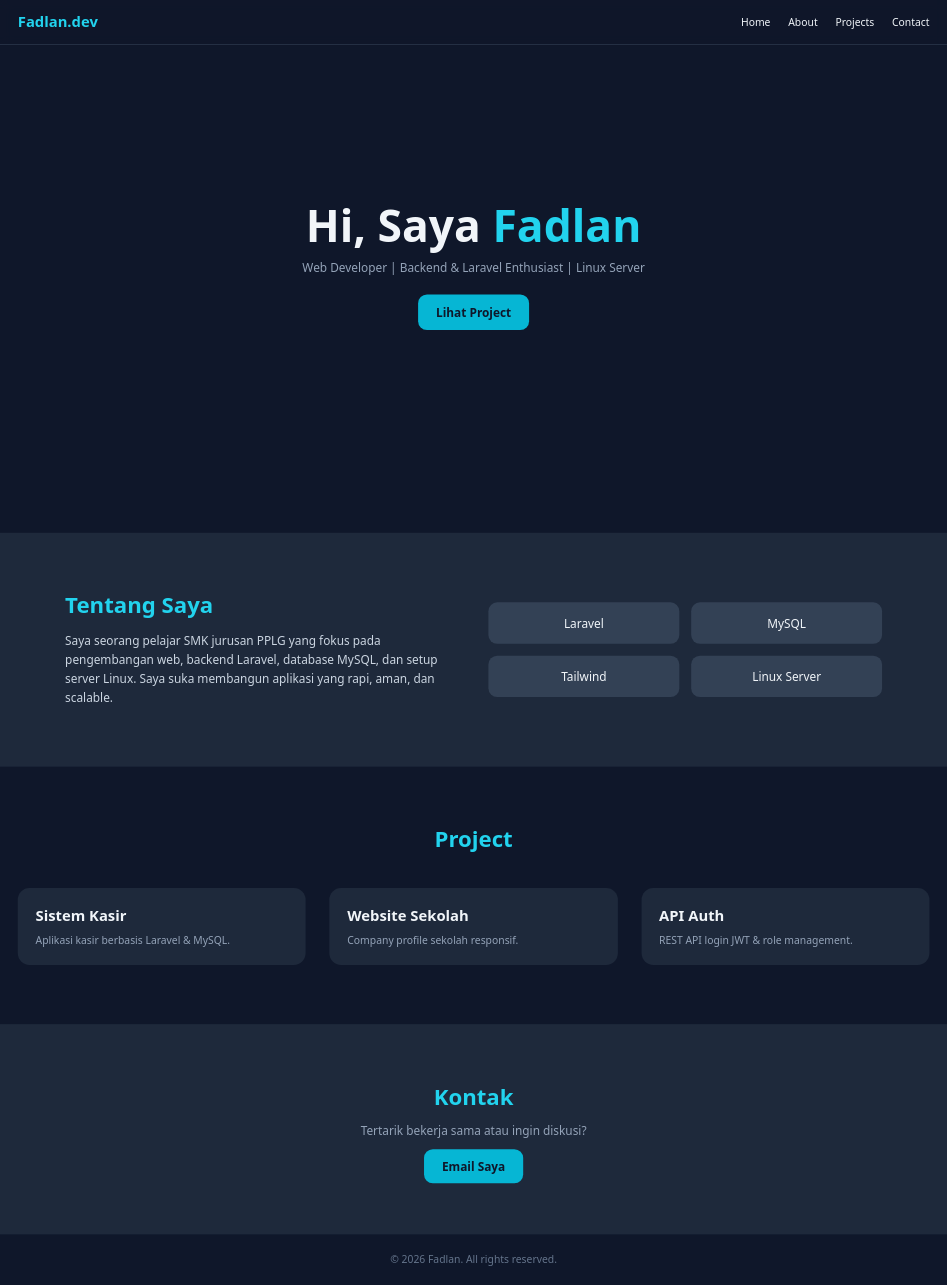
Repository: Fadlan079/Personal-Portfolio
Page: http://localhost/
The author's editor kept a copy of each file at every save. The page is drawn from the files as they stood at one save, then again after the next save.
The browser window is 1280 px wide. The pictures show the whole page, at 74% of full size.
Some web libraries are served in a nearby version. The page is served by the project's Laravel application, run on PHP 8.4 with Laravel 12. Other server files are loaded and not shown.

Above is the page before, as saved 2026-01-14 14:00:52.

### routes/web.php
<?php

use Illuminate\Support\Facades\Route;

// Route::get('/', function () {
//     return view('welcome');
// });

Route::get('/', function () {
    return view('portofolio');
});

### resources/views/portofolio.blade.php
<!DOCTYPE html>
<html lang="id">
<head>
  <meta charset="UTF-8" />
  <meta name="viewport" content="width=device-width, initial-scale=1.0" />
  <title>Portfolio | Fadlan</title>
  <script src="https://cdn.tailwindcss.com"></script>
</head>
<body class="bg-slate-900 text-slate-100">

  <!-- Navbar -->
  <nav class="fixed w-full bg-slate-900/80 backdrop-blur border-b border-slate-700 z-50">
    <div class="max-w-7xl mx-auto px-6 py-4 flex justify-between items-center">
      <h1 class="text-xl font-bold text-cyan-400">Fadlan.dev</h1>
      <ul class="flex gap-6 text-sm">
        <li><a href="#home" class="hover:text-cyan-400">Home</a></li>
        <li><a href="#about" class="hover:text-cyan-400">About</a></li>
        <li><a href="#projects" class="hover:text-cyan-400">Projects</a></li>
        <li><a href="#contact" class="hover:text-cyan-400">Contact</a></li>
      </ul>
    </div>
  </nav>

  <!-- Hero -->
  <section id="home" class="min-h-screen flex items-center justify-center text-center px-6">
    <div>
      <h2 class="text-4xl md:text-6xl font-extrabold mb-4">Hi, Saya <span class="text-cyan-400">Fadlan</span></h2>
      <p class="text-slate-400 max-w-xl mx-auto mb-6">Web Developer | Backend & Laravel Enthusiast | Linux Server</p>
      <a href="#projects" class="inline-block px-6 py-3 bg-cyan-500 text-slate-900 font-semibold rounded-xl hover:bg-cyan-400 transition">Lihat Project</a>
    </div>
  </section>

  <!-- About -->
  <section id="about" class="py-20 bg-slate-800">
    <div class="max-w-6xl mx-auto px-6 grid md:grid-cols-2 gap-10 items-center">
      <div>
        <h3 class="text-3xl font-bold mb-4 text-cyan-400">Tentang Saya</h3>
        <p class="text-slate-300 leading-relaxed">
          Saya seorang pelajar SMK jurusan PPLG yang fokus pada pengembangan web,
          backend Laravel, database MySQL, dan setup server Linux.
          Saya suka membangun aplikasi yang rapi, aman, dan scalable.
        </p>
      </div>
      <div class="grid grid-cols-2 gap-4">
        <div class="p-4 bg-slate-700 rounded-xl text-center">Laravel</div>
        <div class="p-4 bg-slate-700 rounded-xl text-center">MySQL</div>
        <div class="p-4 bg-slate-700 rounded-xl text-center">Tailwind</div>
        <div class="p-4 bg-slate-700 rounded-xl text-center">Linux Server</div>
      </div>
    </div>
  </section>

  <!-- Projects -->
  <section id="projects" class="py-20">
    <div class="max-w-7xl mx-auto px-6">
      <h3 class="text-3xl font-bold text-center mb-12 text-cyan-400">Project</h3>
      <div class="grid md:grid-cols-3 gap-8">
        <div class="bg-slate-800 rounded-2xl p-6 hover:-translate-y-2 transition">
          <h4 class="text-xl font-semibold mb-2">Sistem Kasir</h4>
          <p class="text-slate-400 text-sm">Aplikasi kasir berbasis Laravel & MySQL.</p>
        </div>
        <div class="bg-slate-800 rounded-2xl p-6 hover:-translate-y-2 transition">
          <h4 class="text-xl font-semibold mb-2">Website Sekolah</h4>
          <p class="text-slate-400 text-sm">Company profile sekolah responsif.</p>
        </div>
        <div class="bg-slate-800 rounded-2xl p-6 hover:-translate-y-2 transition">
          <h4 class="text-xl font-semibold mb-2">API Auth</h4>
          <p class="text-slate-400 text-sm">REST API login JWT & role management.</p>
        </div>
      </div>
    </div>
  </section>

  <!-- Contact -->
  <section id="contact" class="py-20 bg-slate-800">
    <div class="max-w-xl mx-auto px-6 text-center">
      <h3 class="text-3xl font-bold mb-4 text-cyan-400">Kontak</h3>
      <p class="text-slate-400 mb-6">Tertarik bekerja sama atau ingin diskusi?</p>
      <a href="mailto:emailkamu@gmail.com" class="px-6 py-3 bg-cyan-500 text-slate-900 rounded-xl font-semibold hover:bg-cyan-400">Email Saya</a>
    </div>
  </section>

  <footer class="py-6 text-center text-slate-500 text-sm">
    © 2026 Fadlan. All rights reserved.
  </footer>

</body>
</html>

After the next save:
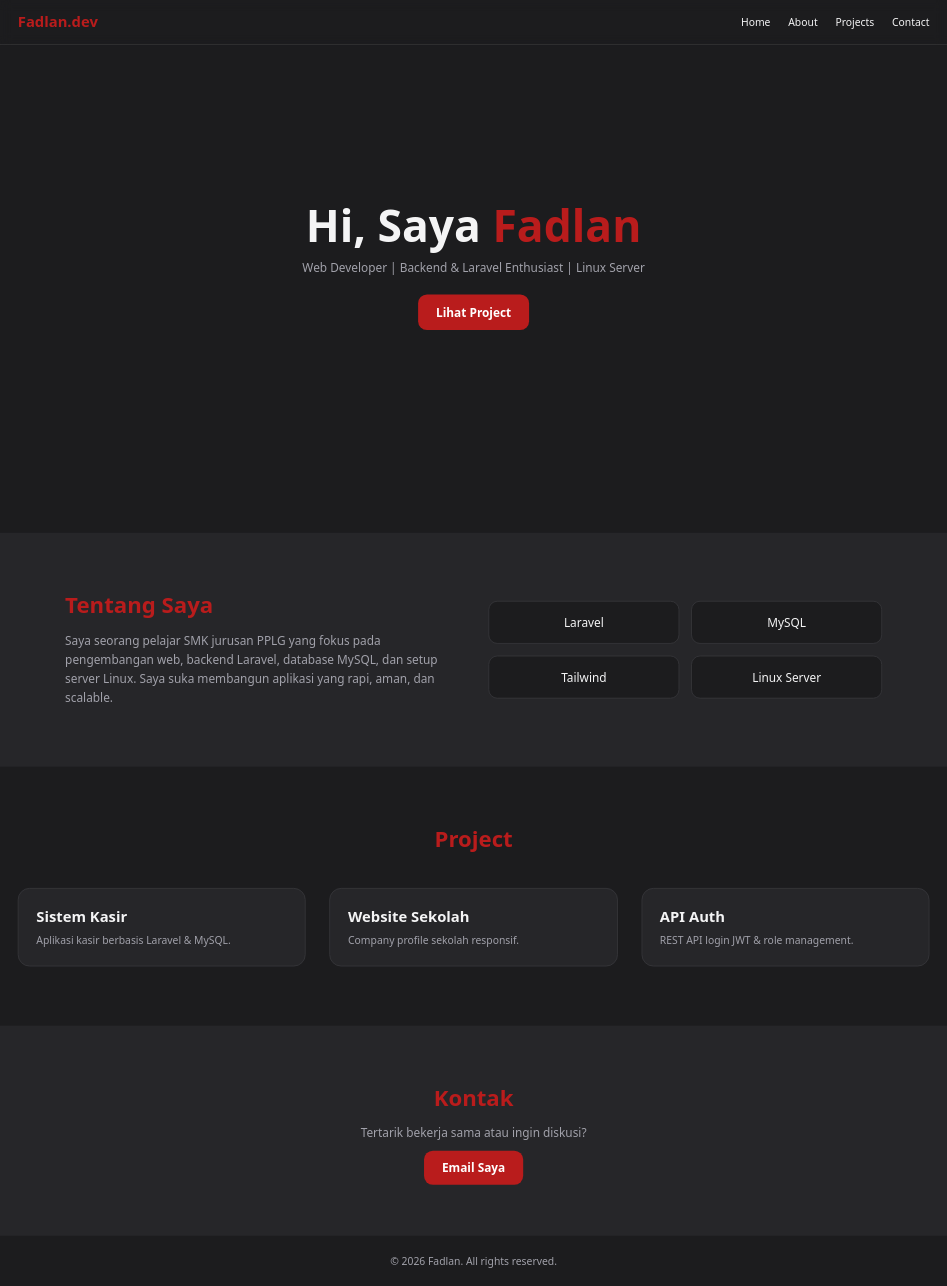
Saved 5 min 15 s later.
--- a/resources/views/portofolio.blade.php
+++ b/resources/views/portofolio.blade.php
@@ -4,19 +4,55 @@
   <meta charset="UTF-8" />
   <meta name="viewport" content="width=device-width, initial-scale=1.0" />
   <title>Portfolio | Fadlan</title>
+
+  <!-- Tailwind CDN + Custom Theme -->
   <script src="https://cdn.tailwindcss.com"></script>
+  <script>
+    tailwind.config = {
+      theme: {
+        extend: {
+          colors: {
+            bg: 'var(--color-bg)',
+            surface: 'var(--color-surface)',
+            border: 'var(--color-border)',
+            text: 'var(--color-text)',
+            muted: 'var(--color-muted)',
+            primary: 'var(--color-primary)',
+            success: 'var(--color-success)',
+            danger: 'var(--color-danger)',
+            warning: 'var(--color-warning)',
+          }
+        }
+      }
+    }
+  </script>
+
+  <style>
+    :root {
+      --color-bg: #1c1c1e;
+      --color-surface: #262629;
+      --color-border: #3a3a3d;
+      --color-text: #f4f4f5;
+      --color-muted: #a1a1aa;
+      --color-primary: #b91c1c;
+      --color-success: #6fbf8f;
+      --color-danger:  #ef4444;
+      --color-warning: #eab308;
+    }
+  </style>
 </head>
-<body class="bg-slate-900 text-slate-100">
+
+<body class="bg-bg text-text">
 
   <!-- Navbar -->
-  <nav class="fixed w-full bg-slate-900/80 backdrop-blur border-b border-slate-700 z-50">
+  <nav class="fixed w-full bg-bg/80 backdrop-blur border-b border-border z-50">
     <div class="max-w-7xl mx-auto px-6 py-4 flex justify-between items-center">
-      <h1 class="text-xl font-bold text-cyan-400">Fadlan.dev</h1>
+      <h1 class="text-xl font-bold text-primary">Fadlan.dev</h1>
       <ul class="flex gap-6 text-sm">
-        <li><a href="#home" class="hover:text-cyan-400">Home</a></li>
-        <li><a href="#about" class="hover:text-cyan-400">About</a></li>
-        <li><a href="#projects" class="hover:text-cyan-400">Projects</a></li>
-        <li><a href="#contact" class="hover:text-cyan-400">Contact</a></li>
+        <li><a href="#home" class="hover:text-primary transition">Home</a></li>
+        <li><a href="#about" class="hover:text-primary transition">About</a></li>
+        <li><a href="#projects" class="hover:text-primary transition">Projects</a></li>
+        <li><a href="#contact" class="hover:text-primary transition">Contact</a></li>
       </ul>
     </div>
   </nav>
@@ -24,28 +60,35 @@
   <!-- Hero -->
   <section id="home" class="min-h-screen flex items-center justify-center text-center px-6">
     <div>
-      <h2 class="text-4xl md:text-6xl font-extrabold mb-4">Hi, Saya <span class="text-cyan-400">Fadlan</span></h2>
-      <p class="text-slate-400 max-w-xl mx-auto mb-6">Web Developer | Backend & Laravel Enthusiast | Linux Server</p>
-      <a href="#projects" class="inline-block px-6 py-3 bg-cyan-500 text-slate-900 font-semibold rounded-xl hover:bg-cyan-400 transition">Lihat Project</a>
+      <h2 class="text-4xl md:text-6xl font-extrabold mb-4">
+        Hi, Saya <span class="text-primary">Fadlan</span>
+      </h2>
+      <p class="text-muted max-w-xl mx-auto mb-6">
+        Web Developer | Backend & Laravel Enthusiast | Linux Server
+      </p>
+      <a href="#projects"
+        class="inline-block px-6 py-3 bg-primary text-white font-semibold rounded-xl hover:opacity-90 transition">
+        Lihat Project
+      </a>
     </div>
   </section>
 
   <!-- About -->
-  <section id="about" class="py-20 bg-slate-800">
+  <section id="about" class="py-20 bg-surface">
     <div class="max-w-6xl mx-auto px-6 grid md:grid-cols-2 gap-10 items-center">
       <div>
-        <h3 class="text-3xl font-bold mb-4 text-cyan-400">Tentang Saya</h3>
-        <p class="text-slate-300 leading-relaxed">
+        <h3 class="text-3xl font-bold mb-4 text-primary">Tentang Saya</h3>
+        <p class="text-muted leading-relaxed">
           Saya seorang pelajar SMK jurusan PPLG yang fokus pada pengembangan web,
           backend Laravel, database MySQL, dan setup server Linux.
           Saya suka membangun aplikasi yang rapi, aman, dan scalable.
         </p>
       </div>
       <div class="grid grid-cols-2 gap-4">
-        <div class="p-4 bg-slate-700 rounded-xl text-center">Laravel</div>
-        <div class="p-4 bg-slate-700 rounded-xl text-center">MySQL</div>
-        <div class="p-4 bg-slate-700 rounded-xl text-center">Tailwind</div>
-        <div class="p-4 bg-slate-700 rounded-xl text-center">Linux Server</div>
+        <div class="p-4 bg-bg border border-border rounded-xl text-center">Laravel</div>
+        <div class="p-4 bg-bg border border-border rounded-xl text-center">MySQL</div>
+        <div class="p-4 bg-bg border border-border rounded-xl text-center">Tailwind</div>
+        <div class="p-4 bg-bg border border-border rounded-xl text-center">Linux Server</div>
       </div>
     </div>
   </section>
@@ -53,34 +96,37 @@
   <!-- Projects -->
   <section id="projects" class="py-20">
     <div class="max-w-7xl mx-auto px-6">
-      <h3 class="text-3xl font-bold text-center mb-12 text-cyan-400">Project</h3>
+      <h3 class="text-3xl font-bold text-center mb-12 text-primary">Project</h3>
       <div class="grid md:grid-cols-3 gap-8">
-        <div class="bg-slate-800 rounded-2xl p-6 hover:-translate-y-2 transition">
+        <div class="bg-surface border border-border rounded-2xl p-6 hover:-translate-y-2 transition">
           <h4 class="text-xl font-semibold mb-2">Sistem Kasir</h4>
-          <p class="text-slate-400 text-sm">Aplikasi kasir berbasis Laravel & MySQL.</p>
+          <p class="text-muted text-sm">Aplikasi kasir berbasis Laravel & MySQL.</p>
         </div>
-        <div class="bg-slate-800 rounded-2xl p-6 hover:-translate-y-2 transition">
+        <div class="bg-surface border border-border rounded-2xl p-6 hover:-translate-y-2 transition">
           <h4 class="text-xl font-semibold mb-2">Website Sekolah</h4>
-          <p class="text-slate-400 text-sm">Company profile sekolah responsif.</p>
+          <p class="text-muted text-sm">Company profile sekolah responsif.</p>
         </div>
-        <div class="bg-slate-800 rounded-2xl p-6 hover:-translate-y-2 transition">
+        <div class="bg-surface border border-border rounded-2xl p-6 hover:-translate-y-2 transition">
           <h4 class="text-xl font-semibold mb-2">API Auth</h4>
-          <p class="text-slate-400 text-sm">REST API login JWT & role management.</p>
+          <p class="text-muted text-sm">REST API login JWT & role management.</p>
         </div>
       </div>
     </div>
   </section>
 
   <!-- Contact -->
-  <section id="contact" class="py-20 bg-slate-800">
+  <section id="contact" class="py-20 bg-surface">
     <div class="max-w-xl mx-auto px-6 text-center">
-      <h3 class="text-3xl font-bold mb-4 text-cyan-400">Kontak</h3>
-      <p class="text-slate-400 mb-6">Tertarik bekerja sama atau ingin diskusi?</p>
-      <a href="mailto:emailkamu@gmail.com" class="px-6 py-3 bg-cyan-500 text-slate-900 rounded-xl font-semibold hover:bg-cyan-400">Email Saya</a>
+      <h3 class="text-3xl font-bold mb-4 text-primary">Kontak</h3>
+      <p class="text-muted mb-6">Tertarik bekerja sama atau ingin diskusi?</p>
+      <a href="mailto:emailkamu@gmail.com"
+        class="px-6 py-3 bg-primary text-white rounded-xl font-semibold hover:opacity-90 transition">
+        Email Saya
+      </a>
     </div>
   </section>
 
-  <footer class="py-6 text-center text-slate-500 text-sm">
+  <footer class="py-6 text-center text-muted text-sm">
     © 2026 Fadlan. All rights reserved.
   </footer>
 
